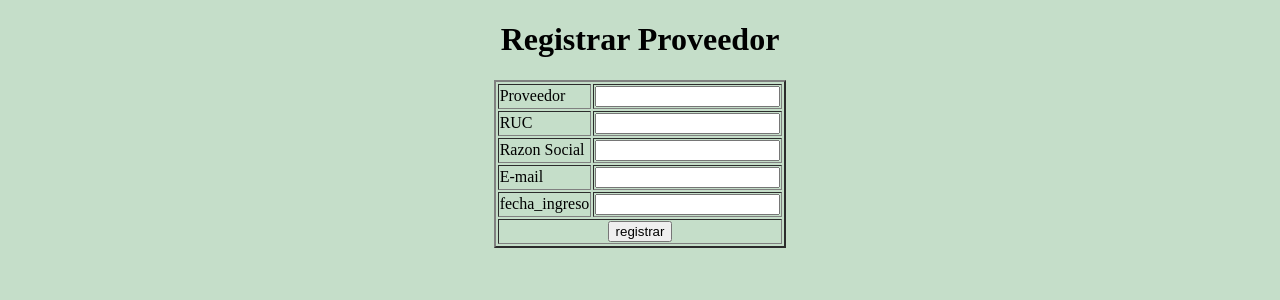
Repository: LuisEnriqueJM/LPII_CL2_JUAREZMONTEROLUIS
Page: http://localhost/LPII_CL2_JUAREZMONTEROLUIS/FrmRegistrarProveedor.jsp
An editor plug-in stored every save of this project. The page is shown before and after the next save, followed by the edit.
The browser window is 1280 px wide. The pictures show the whole page.
The page is served by Tomcat 9. Other server files are loaded and not shown.

Above is the page before, as saved 2025-02-09 08:44:38.

### LPII_CL2_JUAREZMONTEROLUIS/src/main/webapp/FrmRegistrarProveedor.jsp
<%@ page language="java" contentType="text/html; charset=ISO-8859-1"
    pageEncoding="ISO-8859-1"%>
<!DOCTYPE html PUBLIC "-//W3C//DTD HTML 4.01 Transitional//EN" "http://www.w3.org/TR/html4/loose.dtd">
<html>
<head>
<meta http-equiv="Content-Type" content="text/html; charset=ISO-8859-1">
<title>Insert title here</title>
</head>
<body bgcolor="#c5dec9">
	<h1 align="center"> Registrar Proveedor</h1>
	<form method="post" action="ControladorProveedor">
		<table align="center" border="2">
			<tr>
				<td>Proveedor</td>
				<td><input type="text" name="nomproveecl2"></td>
			</tr>
			<tr>
				<td>RUC</td>
				<td><input type="text" name="rucproveecl2"></td>
			</tr>
			<tr>
				<td>Razon Social</td>
				<td><input type="text" name="rsocialproveecl2"></td>
			</tr>
			<tr>
				<td>E-mail</td>
				<td><input type="text" name="emailproveecl2 "></td>
			</tr>
			<tr>
				<td>fecha_ingreso</td>
				<td><input type="text" name="feingproveecl2 "></td>
			</tr>
			<tr>
				<td colspan="2" align="center">
					<input type="submit" value="registrar">
				</td>
			</tr>
		</table>
	</form>
</body>
</html>

After the next save:
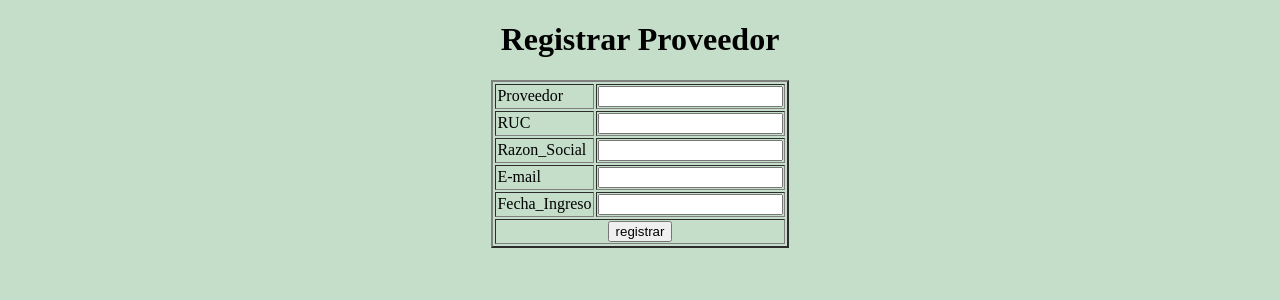
Saved 43 s later.
--- a/LPII_CL2_JUAREZMONTEROLUIS/src/main/webapp/FrmRegistrarProveedor.jsp
+++ b/LPII_CL2_JUAREZMONTEROLUIS/src/main/webapp/FrmRegistrarProveedor.jsp
@@ -19,7 +19,7 @@
 				<td><input type="text" name="rucproveecl2"></td>
 			</tr>
 			<tr>
-				<td>Razon Social</td>
+				<td>Razon_Social</td>
 				<td><input type="text" name="rsocialproveecl2"></td>
 			</tr>
 			<tr>
@@ -27,7 +27,7 @@
 				<td><input type="text" name="emailproveecl2 "></td>
 			</tr>
 			<tr>
-				<td>fecha_ingreso</td>
+				<td>Fecha_Ingreso</td>
 				<td><input type="text" name="feingproveecl2 "></td>
 			</tr>
 			<tr>
